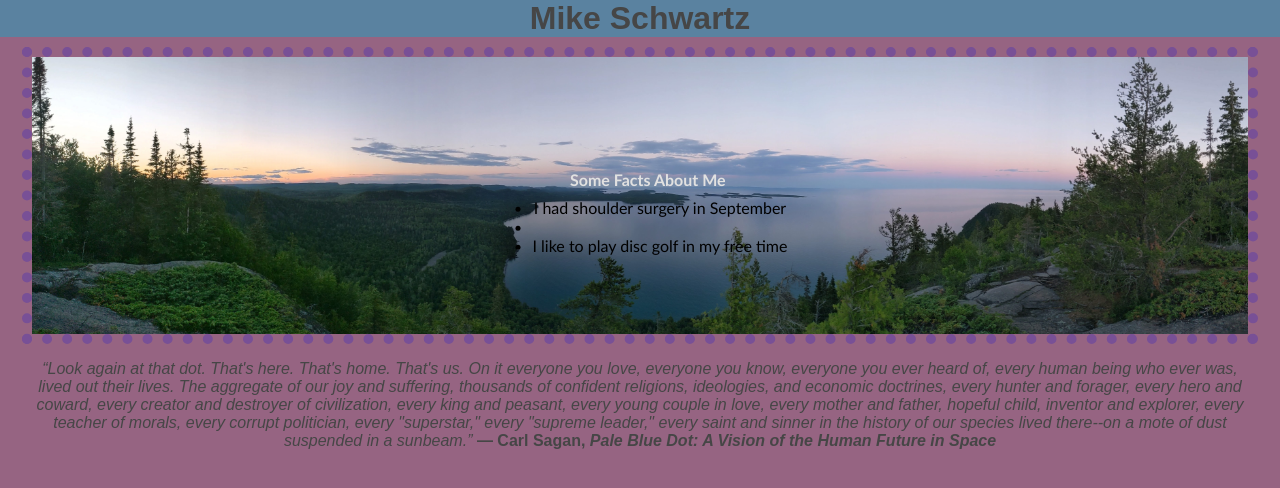
Repository: Ellusionism/prime-pw-week-1-assignment
Page: assignment/index.html
The author's editor kept a copy of each file at every save. The page is drawn from the files as they stood at one save, then again after the next save.
The browser window is 1280 px wide. The pictures show the whole page.

Above is the page before, as saved 2022-10-26 16:33:44.

### assignment/index.html
<!DOCTYPE html>
<html>
<head>
    <meta charset="utf-8" />
    <meta http-equiv="X-UA-Compatible" content="IE=edge">
    <!-- Change the <title> from "Page Title" to "Hello World" -->
    <title>Hello World</title>
    <meta name="viewport" content="width=device-width, initial-scale=1">

    <link rel="stylesheet" type="text/css" media="screen" href="style.css" />
</head>
<body>
    <!-- Create a header element  -->
    <header>
        <h1 class="name">Mike Schwartz</h1>
    </header>
    <!-- Inside the header, add an <h1> element containing your name -->

    <!-- Include an image -->
    <div class="container">
        <img src="mtjosephine.jpg" alt="Mount Josephine summit view" class="img">
        <h4 class="facts">Some Facts About Me</h4>
        <ul class="facts-list">
            <li>I had shoulder surgery in September</li>
            <li></li>
            <li>I like to play disc golf in my free time</li>
        </ul>
    </div>
    <!-- Create an unordered list with 3 list items of fun facts about you -->

    <!-- Create a footer element -->
    <footer class="fav-quote">
        <p>“Look again at that dot. That's here. That's home. That's us. On it everyone you love, everyone you know, everyone you ever heard of, every human being who ever was, lived out their lives. The aggregate of our joy and suffering, thousands of confident religions, ideologies, and economic doctrines, every hunter and forager, every hero and coward, every creator and destroyer of civilization, every king and peasant, every young couple in love, every mother and father, hopeful child, inventor and explorer, every teacher of morals, every corrupt politician, every "superstar," every "supreme leader," every saint and sinner in the history of our species lived there--on a mote of dust suspended in a sunbeam.”
            <span class="cite">― Carl Sagan,</span><span class="cite-book"> Pale Blue Dot: A Vision of the Human Future in Space</span></p>
    </footer>
    <!-- Inside your footer, put a <p> element with your favorite quote -->
</body>
</html>

### assignment/style.css
/* Give your page a fun background color */
body {
 background-color: rgb(150, 100, 130);
 margin: 0;
 font-family: Arial, Helvetica, sans-serif;
}
/* Make the header and footer a different color from the background */
header {
 background-color: rgb(90, 130, 160);
 margin-bottom: 10px;
}
/* Align the h1 containing your name in the center of the header*/
.name {
 color:rgb(70, 70, 70);
 text-align: center;
 margin: 0;
}
/* Make your p tag a different color and italic */
.fav-quote {
 margin: 0 2.5%;
 color: rgb(70, 70, 70);
 font-style: italic;
 text-align: center;
}

.cite {
 font-style: normal;
 font-weight: bold;
}

.cite-book {
 font-weight: bold;
}
/* Put a border around your image */
.img {
 border: 10px dotted  rgb(120, 80, 150);
 padding: 0;
 display: block;
 margin: auto;
 max-height: 100%;
 max-width: 95%;
}
/* Change the font-family of your list */
.facts {
 color: rgb(225, 225, 225);
 font-family:'Gill Sans', 'Gill Sans MT', Calibri, 'Trebuchet MS', sans-serif;
 position: absolute;
 top: 50%;
 left: 50%;
 transform: translate(-45%, -250%);
}

.facts-list {
 color: #rgb(225,225,225);
 font-family:'Gill Sans', 'Gill Sans MT', Calibri, 'Trebuchet MS', sans-serif;
 position: absolute;
 top: 50%;
 left: 50%;
 transform: translate(-50%, -25%);
}

 .container {
  position: relative;
  text-align: center;
 }

After the next save:
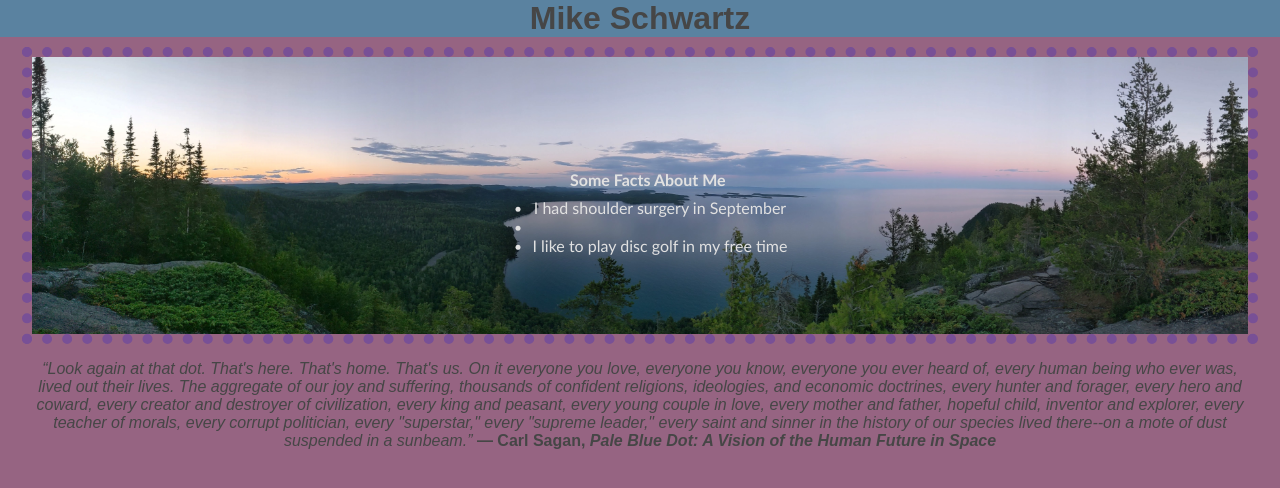
Saved 9 s later.
--- a/assignment/style.css
+++ b/assignment/style.css
@@ -51,7 +51,7 @@ header {
 }
 
 .facts-list {
- color: #rgb(225,225,225);
+ color: rgb(225,225,225);
  font-family:'Gill Sans', 'Gill Sans MT', Calibri, 'Trebuchet MS', sans-serif;
  position: absolute;
  top: 50%;
